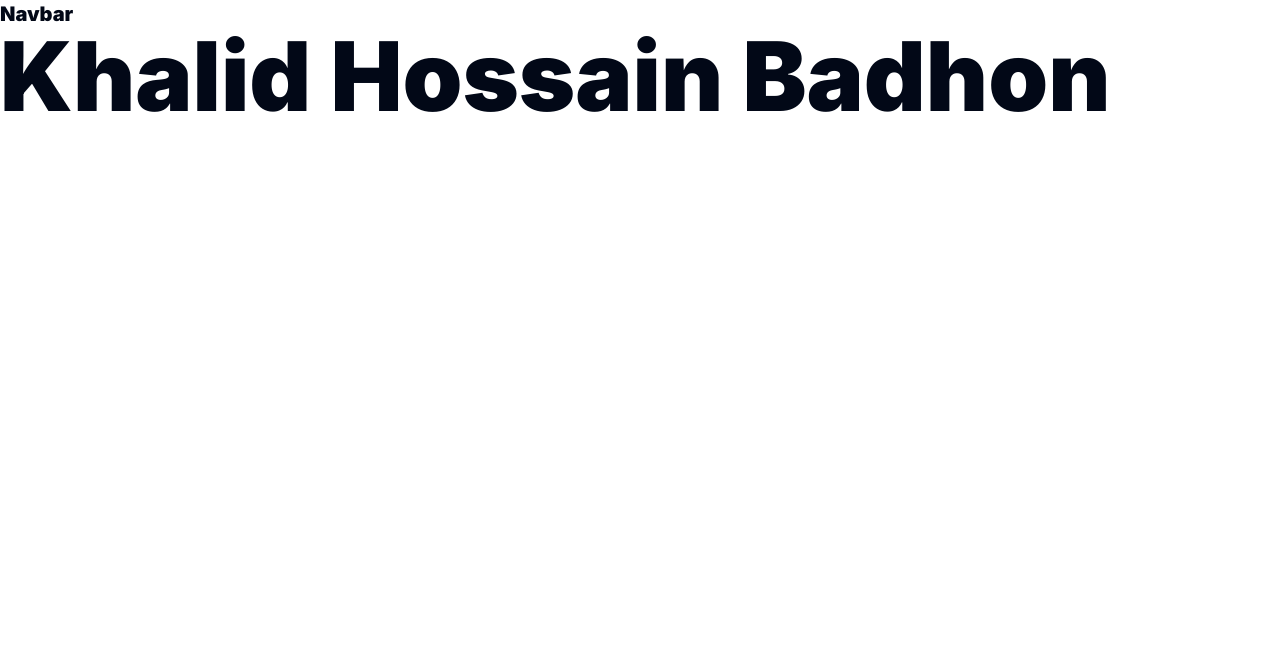
Repository: badhon252/portfolio
Page: /
These files come from the project's save history. The page is drawn as it stood at one moment and after the next save; the edit follows.
The browser window is 1280 px wide. The pictures show the whole page.
The project was rebuilt for these pictures with package versions that can differ from the ones it lists, and the page was loaded fresh each time. The framework's server and built-in components were replaced by stand-ins that run in the browser. Also part of the build but not shown: next.config.mjs.

Above is the page before, as saved 2024-08-25 16:43:16.

After the next save:
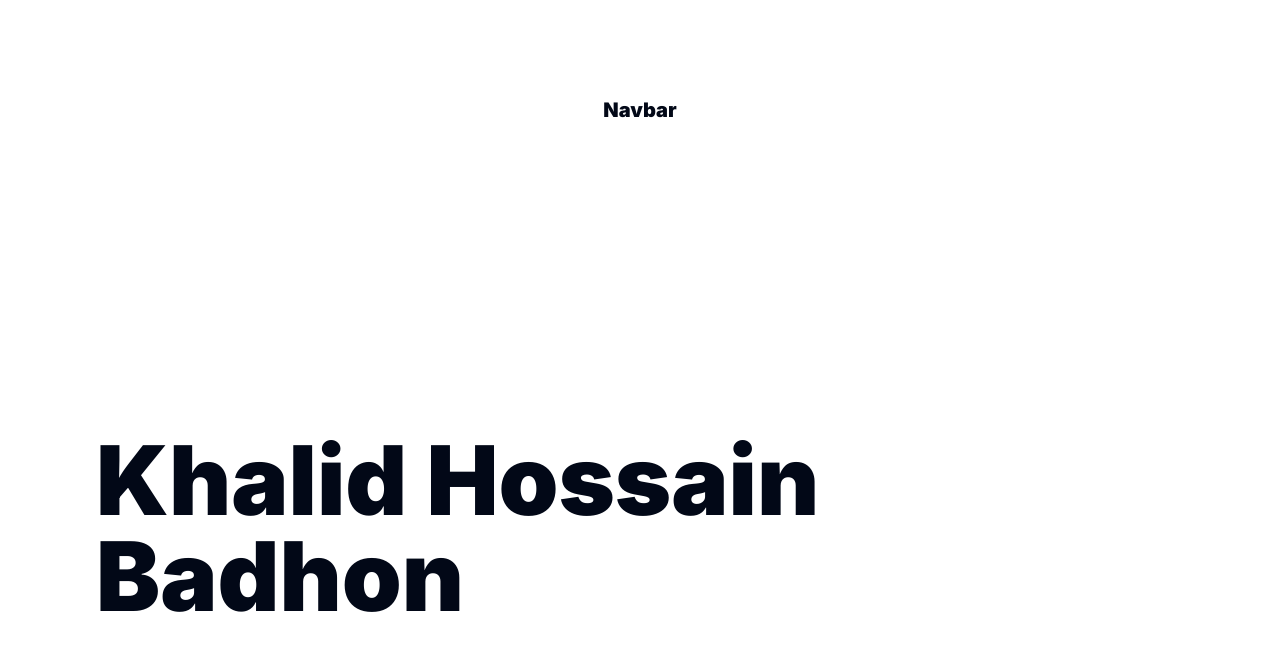
Saved 6 s later.
--- a/app/page.tsx
+++ b/app/page.tsx
@@ -3,7 +3,7 @@ import Navbar from '@/components/Nav/Navbar';
 
 export default function Home() {
   return (
-    <main>
+    <main className="flex min-h-screen flex-col items-center justify-between p-24">
       <Navbar />
       <HeroSection />
     </main>
